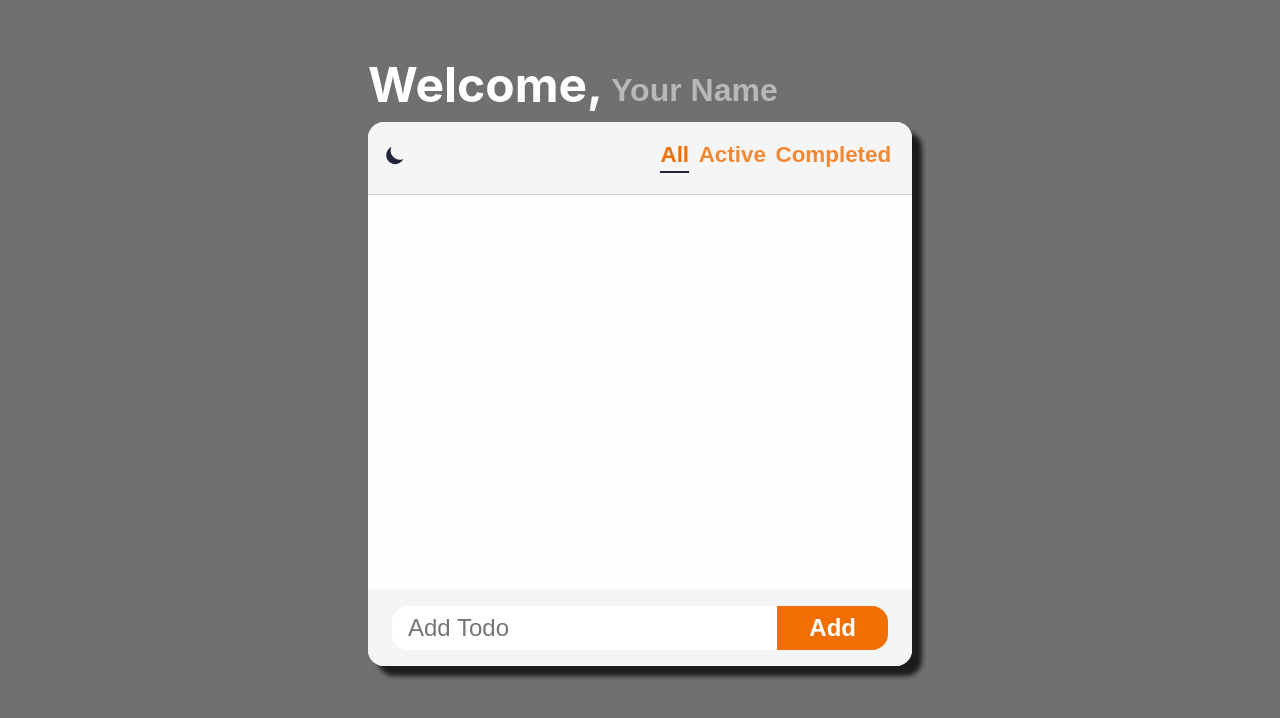
Repository: MrJinkyu/TodoList
Page: /
The author's editor kept a copy of each file at every save. The page is drawn from the files as they stood at one save, then again after a run of saves.
The browser window is 1280 px wide. The pictures show the whole page.
The project was rebuilt for these pictures with package versions that can differ from the ones it lists, and the page was loaded fresh each time. Also part of the build but not shown: src/components/Todo.module.css, src/components/Todo.jsx.

Above is the page before, as saved 2023-05-01 16:28:10.

### src/index.js
import React from 'react';
import ReactDOM from 'react-dom/client';
import './index.css';
import App from './App';
import reportWebVitals from './reportWebVitals';
import Greeting from './components/Greeting';

const root = ReactDOM.createRoot(document.getElementById('root'));
root.render(
  <React.StrictMode>
    <Greeting/>
    <App />
  </React.StrictMode>
);

// If you want to start measuring performance in your app, pass a function
// to log results (for example: reportWebVitals(console.log))
// or send to an analytics endpoint. Learn more: https://bit.ly/CRA-vitals
reportWebVitals();

### src/index.css
:root{
  --color-body: #6f706f;
  --color-bg-dark:#f5f5f5;
  --color-bg: #fdfffd;
  --color-grey: #d1d1d1;
  --color-text: #22243b;
  --color-accent: #f16e03;
  --color-white: white;
  --color-scrollbar: #aaa7a7;
}

html.dark{
  --color-bg-dark: #1a1c35;
  --color-bg: #22243b;
  --color-grey: #4e4e4e;
  --color-text: #fdfffd;
}

*{
  box-sizing: border-box;
  padding: 0;
  margin: 0;
}

button{
  border: none;
  outline: none;
  cursor: pointer;
  background-color: transparent;
}

ul,li{
  list-style: none;
}

body {
  margin: 0;
  font-family: -apple-system, BlinkMacSystemFont, 'Segoe UI', 'Roboto', 'Oxygen',
    'Ubuntu', 'Cantarell', 'Fira Sans', 'Droid Sans', 'Helvetica Neue',
    sans-serif;
  -webkit-font-smoothing: antialiased;
  -moz-osx-font-smoothing: grayscale;
  width: 100vw;
  height: 100vh;
  display: flex;
  justify-content: center;
  align-items: center;
  background-color: var(--color-body);
  font-size: 1.2rem;
  accent-color: var(--color-accent);
}

code {
  font-family: source-code-pro, Menlo, Monaco, Consolas, 'Courier New',
    monospace;
}

::-webkit-scrollbar {
  width: 0.5rem
}

::-webkit-scrollbar-track {
  background-color: var(--color-bg-dark);
}

::-webkit-scrollbar-thumb {
  background-color: var(--color-scrollbar);
}

::-webkit-scrollbar-thumb:hover {
  background-color: var(--color-accent);
}

### src/App.js
import { useState } from "react";
import TodoList from "./components/TodoList";
import Header from "./components/Header";
import { DarkModeProvider } from "./context/DarkModeContext";
import './App.css';

const filters = ['all', 'active', 'completed'];
function App() {
  const [filter, setFilter] = useState(filters[0]);
  return (
    <div className="app">
    <DarkModeProvider>
      <Header filters={filters} filter={filter} onFilterChange={setFilter}/>
      <TodoList filter={filter}/>
    </DarkModeProvider>
    </div>
  );
}

export default App;

### src/components/Greeting.jsx
import React, { useEffect, useState } from 'react';
import styles from './Greeting.module.css';

export default function Greeting() {
    const [name, setName] = useState(readName);
    const handleChange = (e) => {
        setName(e.target.value);
    }
    useEffect(()=>{
        localStorage.setItem('name',JSON.stringify(name));
    },[name]);
    return (
        <div className={styles.greeting}>
            <h2>Welcome,</h2>
            <input
                placeholder='your name'
                type='text'
                className={styles.text}
                value={name}
                onChange={handleChange}
            />
        </div>
    );
}

function readName(){
    const name = localStorage.getItem('name');
    return name ? JSON.parse(name) : '';
}

### src/components/TodoList.jsx
import React, { useEffect, useState } from 'react';
import AddTodo from './AddTodo';
import Todo from './Todo';
import styles from './TodoList.module.css';

export default function TodoList({filter}) {
    const [todos, setTodos] = useState(readTodo);
    const handleAdd = (todo) => {
        setTodos([...todos, todo]);
    }
    const handleUpdate = (updated) => {
        setTodos(todos.map((todo) => todo.id === updated.id ? updated : todo));
    }
    const handleDelete = (deleted) => {
        setTodos(todos.filter((todo) => todo.id !== deleted.id));
    }
    const filtered = getFilteredItems(todos, filter);

    useEffect(()=>{
        localStorage.setItem('todos',JSON.stringify(todos));
    },[todos]);
    return (
        <section className={styles.container}>
            <ul className={styles.list}>
                {filtered.map((item) => (
                    <Todo
                        key={item.id}
                        todo={item}
                        onUpdate={handleUpdate}
                        onDelete={handleDelete}
                    />
                ))}
            </ul>
            <AddTodo onAdd={handleAdd}/>
        </section>
    );
}

function getFilteredItems(todos, filter){
    if(filter === 'all'){
        return todos;
    }
    return todos.filter((todo) => todo.status === filter);
}

function readTodo(){
    const todos = localStorage.getItem('todos');
    return todos ? JSON.parse(todos) : [];
}

### src/components/Header.jsx
import React from 'react';
import styles from './Header.module.css';
import { useDarkMode } from '../context/DarkModeContext';
import { HiMoon, HiSun } from 'react-icons/hi';

export default function Header({filters, filter, onFilterChange}) {
    const {darkMode, toggleDarkMode} = useDarkMode();

    return (
        <header className={styles.header}>
            <button className={styles.toggle} onClick={toggleDarkMode}>
                {!darkMode && <HiMoon></HiMoon>}
                {darkMode && <HiSun></HiSun>}
            </button>
            <ul className={styles.filters}>
                {filters.map((value,index) => (
                    <li key={index}>
                        <button
                            onClick={() => onFilterChange(value)}
                            className={`${styles.filter} ${filter === value && styles.selected}`}
                        >
                            {value}
                        </button>
                    </li>
                ))}
            </ul>
        </header>
    );
}

### src/context/DarkModeContext.jsx
const { createContext, useState, useContext } = require("react");

const DarkModeContext = createContext();

export function DarkModeProvider({children}){
    const [darkMode, setDarkMode] = useState(false);
    const toggleDarkMode = () => {
        setDarkMode(!darkMode);
        updateDarkMode(!darkMode);
    }

    return (
        <DarkModeContext.Provider value={{darkMode, toggleDarkMode}}>
            {children}
        </DarkModeContext.Provider>
    )
}

export const useDarkMode = () => useContext(DarkModeContext);

function updateDarkMode(darkMode){
    if(darkMode){
        document.documentElement.classList.add('dark');
    }else{
        document.documentElement.classList.remove('dark');
    }
}

### src/App.css
.app{
    overflow: hidden;
    display: flex;
    flex-direction: column;
    width: 34rem;
    height: 34rem;
    background-color: var(--color-bg);
    border-radius: 1rem;
    box-shadow: 10px 10px 5px 0px rgba(0,0,0,0.75);
  -webkit-box-shadow: 10px 10px 5px 0px rgba(0,0,0,0.75);
  -moz-box-shadow: 10px 10px 5px 0px rgba(0,0,0,0.75);
  }

### src/components/Greeting.module.css
.greeting{
    width: 34rem;
    display: flex;
    align-items: center;
    color: var(--color-white);
    font-size: 2rem;
    margin-bottom: 0.5rem;
}

.text{
    margin-left: 0.5rem;
    border: none;
    outline: none;
    cursor: pointer;
    background-color: transparent;
    color: var(--color-white);
    font-size: 3rem;
    font-weight: bold;
    text-transform: capitalize;
    flex: 1 1 auto;
}

.text::placeholder{
    font-size: 2rem;
    color: white;
    opacity: 0.5;
}

### src/components/AddTodo.jsx
import React, { useState } from 'react';
import {v4 as uuidv4} from 'uuid';
import styles from './AddTodo.module.css';

export default function AddTodo({onAdd}) {
    const [text, setText] = useState('');
    const handleChange = (e) => {
        setText(e.target.value);
    }
    const handleSubmit = (e) => {
        e.preventDefault();
        if(text.trim().length === 0){
            return ;
        }
        onAdd({ id: uuidv4(), text, status: 'active' });
        setText('');
    }
    return (
        <form className={styles.form} onSubmit={handleSubmit}>
            <input
                className={styles.input}
                type="text"
                value={text}
                onChange={handleChange}
                placeholder='Add Todo'
            />
            <button className={styles.button}>Add</button>
        </form>
    );
}

### src/components/TodoList.module.css
.container{
    height: 100%;
    display: flex;
    flex-direction: column;
    min-height: 0;
}

.list{
    flex: 1 1 auto;
    padding: 0.7rem 1rem;
    overflow-y: auto;
}

### src/components/Header.module.css
.header{
    background-color: var(--color-bg-dark);
    display: flex;
    justify-content: space-between;
    align-items: center;
    padding: 1rem;
    border-bottom: 1px solid var(--color-grey);
}

.toggle{
    font-size: 1.4rem;
    color: var(--color-text);
    transition: all 150ms ease-out;
}

.toggle:hover{
    color: var(--color-accent);
    transform: scale(1.1);
}

.filters{
    display: flex;
}

.filter{
    margin: 0.3rem;
    font-size: 1.4rem;
    color: var(--color-accent);
    font-weight: bold;
    opacity: 0.8;
    text-transform: capitalize;
}

.filter:hover,
.filter.selected{
    opacity: 1;
}

.filter.selected::after{
    content: '';
    display: block;
    margin-top: 0.2rem;
    border: 1px solid var(--color-text);
}

### src/components/AddTodo.module.css
.form{
    width: 100%;
    display: flex;
    padding: 1rem 1.5rem;
    background-color: var(--color-bg-dark);
}

.input{
    font-size: 1.5rem;
    border: none;
    outline: none;
    padding: 0.5rem 1rem;
    flex: 1 0 auto;
    border-top-left-radius: 1rem;
    border-bottom-left-radius: 1rem;
}

.button{
    padding: 0 2rem;
    font-size: 1.5rem;
    font-weight: bold;
    background-color: var(--color-accent);
    color: var(--color-white);
    border-top-right-radius: 1rem;
    border-bottom-right-radius: 1rem;
}

.button:hover{
    filter: brightness(125%);
}

Loaded but not shown: public/index.html (common file); src/reportWebVitals.js (common file)

After the next 2 saves:
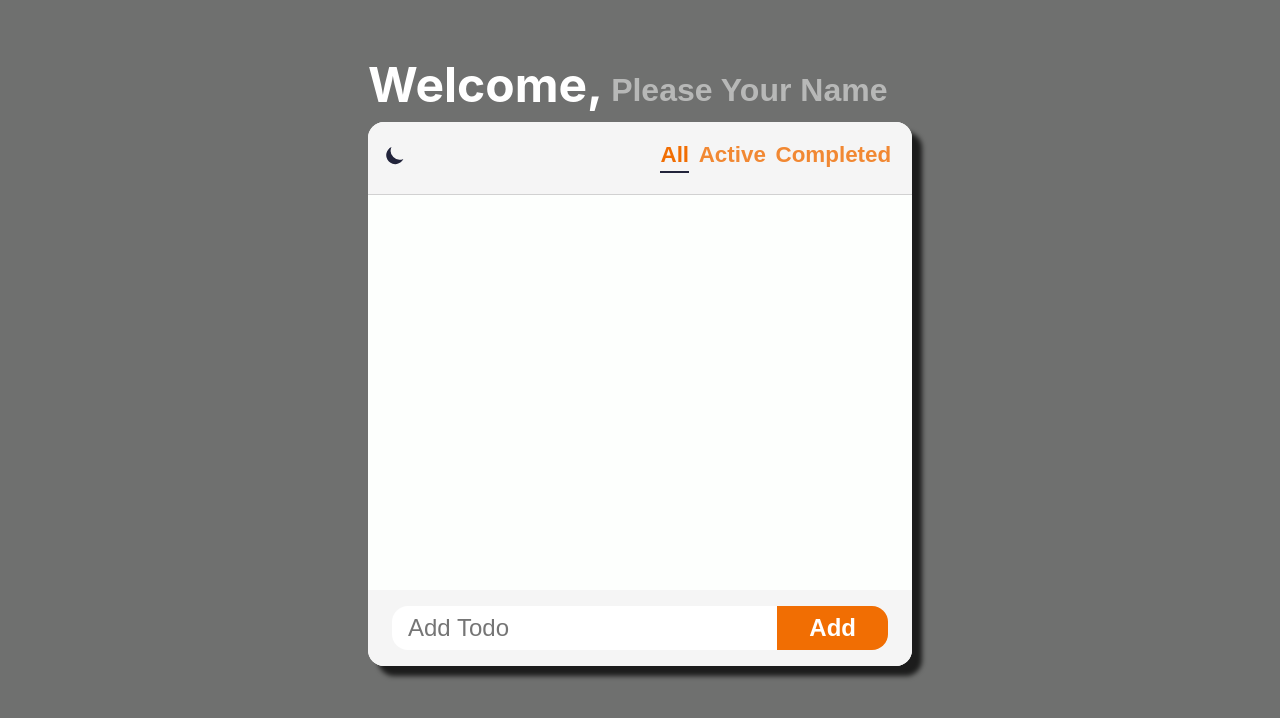
The 2 saves are shown as one change because they came seconds apart.
The last was saved 13 s later.
--- a/src/components/Greeting.jsx
+++ b/src/components/Greeting.jsx
@@ -13,7 +13,7 @@
         <div className={styles.greeting}>
             <h2>Welcome,</h2>
             <input
-                placeholder='your name'
+                placeholder='Please your name'
                 type='text'
                 className={styles.text}
                 value={name}

After the save that followed:
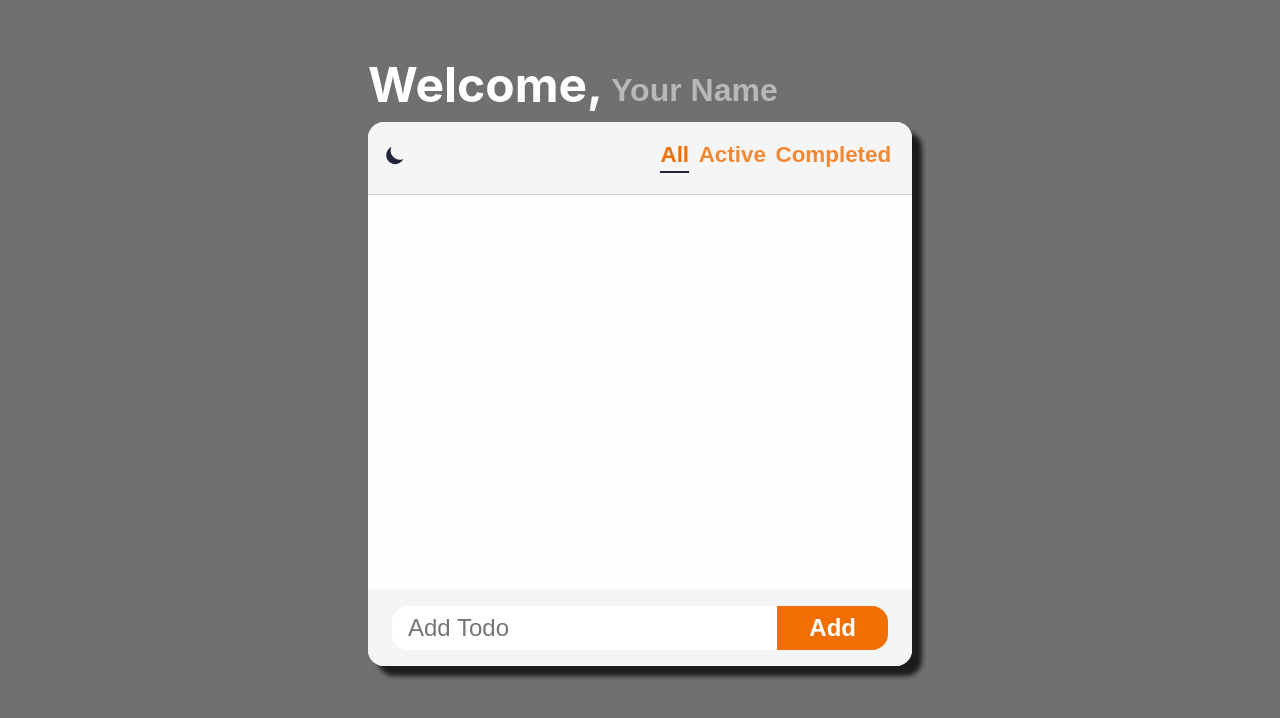
Saved 6 s later.
--- a/src/components/Greeting.jsx
+++ b/src/components/Greeting.jsx
@@ -13,7 +13,7 @@
         <div className={styles.greeting}>
             <h2>Welcome,</h2>
             <input
-                placeholder='Please your name'
+                placeholder='your name'
                 type='text'
                 className={styles.text}
                 value={name}
